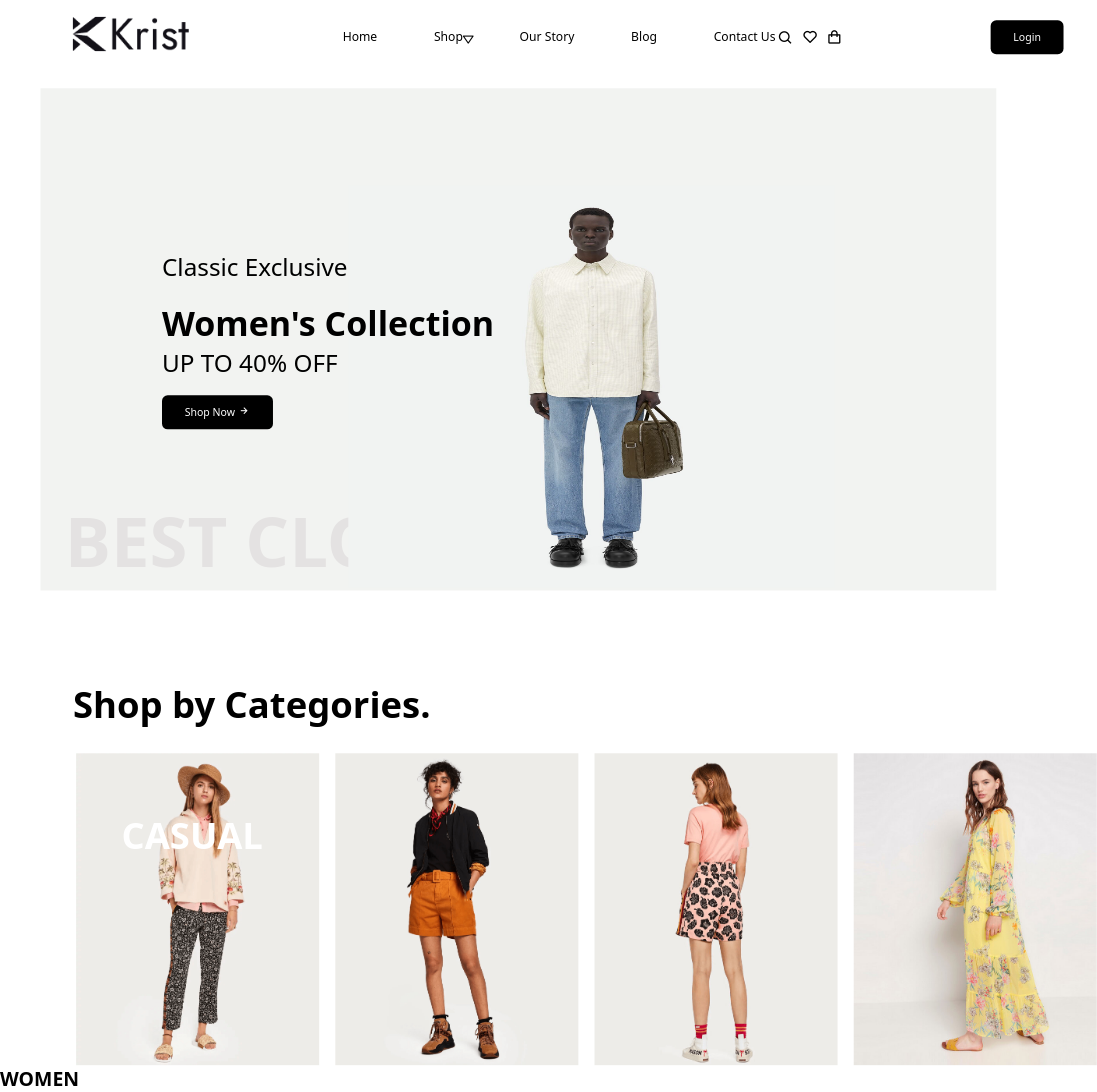
Repository: isaacCodes1/Krist-Website
Page: index.html
The author's editor kept a copy of each file at every save. The page is drawn from the files as they stood at one save, then again after a run of saves.
The browser window is 1280 px wide. The page is 1354 px wide, so the pictures cover 1354 px, including what lies to the right of the window. The pictures show the whole page, at 81% of full size.

Above is the page before, as saved 2024-04-01 11:07:23.

After the next 3 saves:
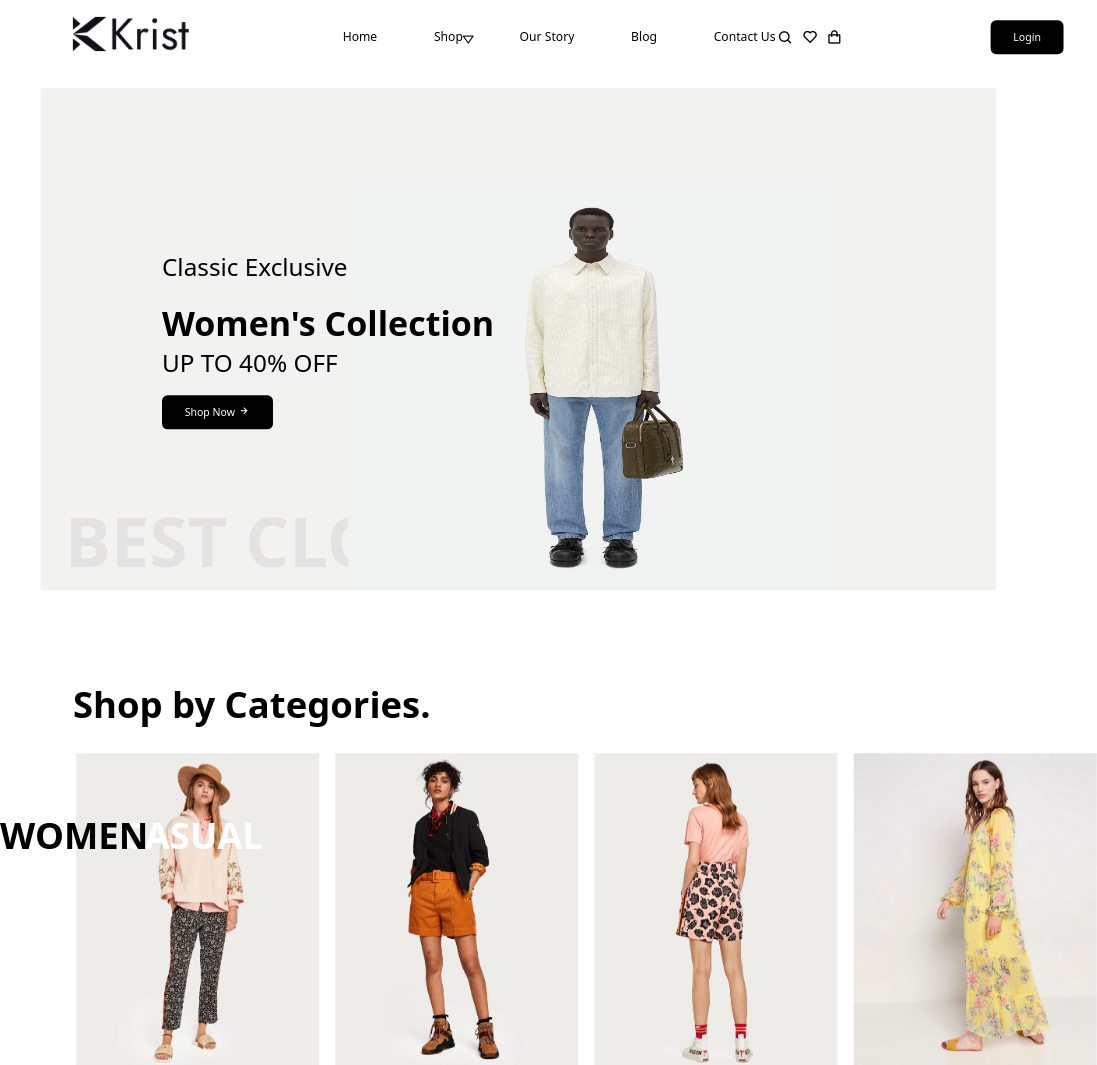
The 3 saves are shown as one change because they came seconds apart.
The last was saved 10 s later.
--- a/style.css
+++ b/style.css
@@ -170,5 +170,6 @@ button:hover {
 }
 .a2{
     position: absolute;
-    top: ;
+    top: 1000px;
+    font-size: 45px;
 }
